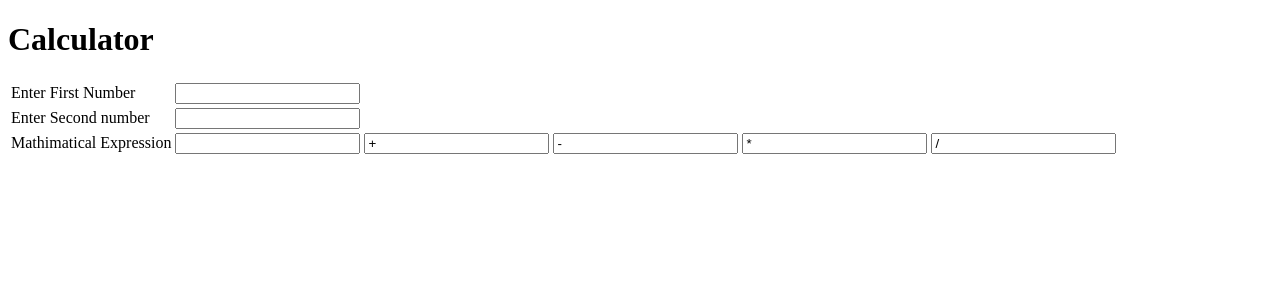
Repository: TroyMorrow/JavaFSD-Revature
Page: Eclipse-web/Servlet-Demo/src/main/webapp/Index.html
An editor plug-in stored every save of this project. The page is shown before and after the next save, followed by the edit.
The browser window is 1280 px wide. The pictures show the whole page.

Above is the page before, as saved 2021-08-17 20:46:01.

### Eclipse-web/Servlet-Demo/src/main/webapp/Index.html
<!DOCTYPE html>
<html>
<head>
<meta charset="ISO-8859-1">
<title>Calculator</title>
</head>
<body>
<div class="wrapper">
	<h1>Calculator</h1>
	<form action="calculator" method = "Post">
	<table>
		<tr>
		<td> Enter First Number </td>
		<td> <input type="number" name="num1" /> </td>
		</tr>
		<tr>
		<td> Enter Second number</td>
		<td> <input type="number" name="num2" /> </td>
		</tr>
		<td> Mathimatical Expression </td>
		<td> <input type="text" name="math" /> </td>
		<td>
		<input type="btn" name="Add" value="+"/>
		<input type="btn" name="Subtract" value="-"/>
		<input type="btn" name="Multiply" value="*"/>
		<input type="btn" name="Divide" value="/"/>
		</td>
	</table>
	</form>
</div>
</body>
</html>

After the next save:
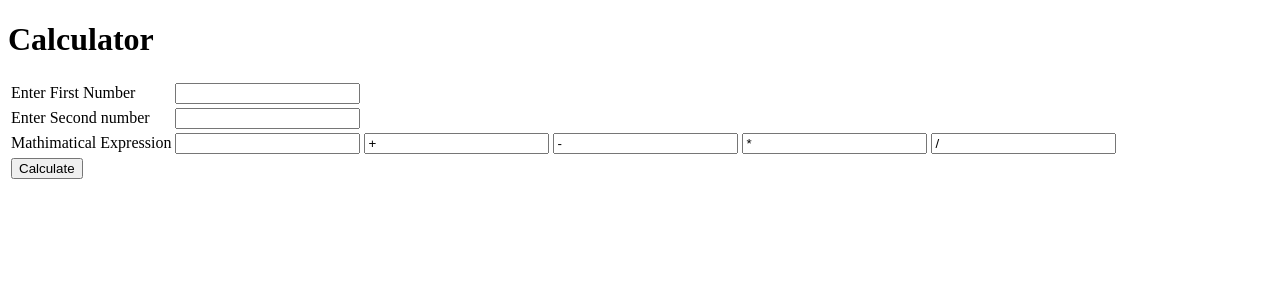
Saved 3 min 41 s later.
--- a/Eclipse-web/Servlet-Demo/src/main/webapp/Index.html
+++ b/Eclipse-web/Servlet-Demo/src/main/webapp/Index.html
@@ -17,6 +17,7 @@
 		<td> Enter Second number</td>
 		<td> <input type="number" name="num2" /> </td>
 		</tr>
+		<tr>
 		<td> Mathimatical Expression </td>
 		<td> <input type="text" name="math" /> </td>
 		<td>
@@ -25,6 +26,12 @@
 		<input type="btn" name="Multiply" value="*"/>
 		<input type="btn" name="Divide" value="/"/>
 		</td>
+		</tr>
+		<tr>
+		<td>
+		<input type="submit" value="Calculate">
+		</td>
+
 	</table>
 	</form>
 </div>
